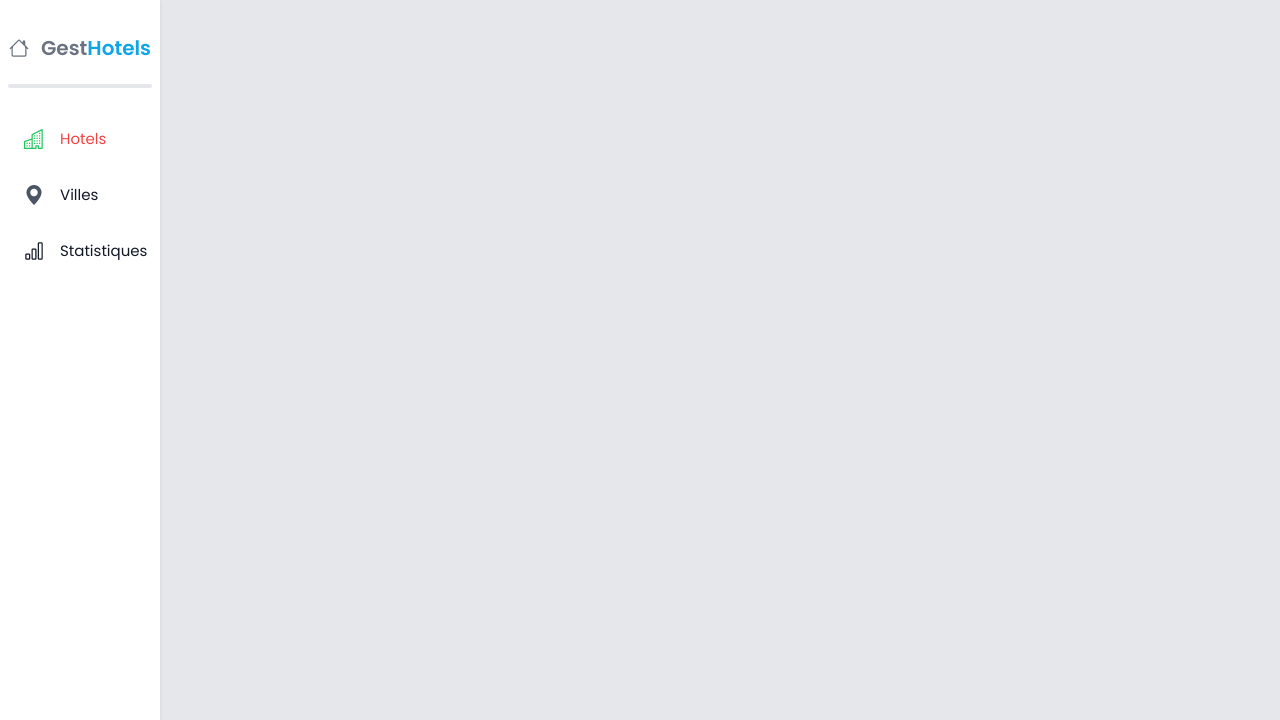
Repository: yahyamourid/GestHotelsEJB
Page: http://localhost/ISICEJBWeb/sidBar.jsp
The author's editor kept a copy of each file at every save. The page is drawn from the files as they stood at one save, then again after the next save.
The browser window is 1280 px wide. The pictures show the whole page.
Some web libraries are served in a nearby version. The page is served by Tomcat 10. Nobody is signed in. The application's start-up code is not run. Other server files are loaded and not shown.

Above is the page before, as saved 2023-12-01 15:57:18.
Console error: TypeError: Cannot read properties of null (reading 'classList')

### ISICEJBWeb/src/main/webapp/sidBar.jsp
<%@page import="java.util.regex.Matcher"%>
<%@page import="java.util.regex.Pattern"%>
<%@ page language="java" contentType="text/html; charset=ISO-8859-1" pageEncoding="ISO-8859-1"%>


<!DOCTYPE html>
<html lang="en">

    <head>
        <meta charset="UTF-8">
        <meta http-equiv="X-UA-Compatible" content="IE=edge">
        <meta name="viewport" content="width=device-width, initial-scale=1.0">
        <title>sidebar</title>
        <script src="https://cdn.tailwindcss.com"></script>
        <!-- <script src="./tailwind3.js"></script> -->
        <link href="https://fonts.googleapis.com/css2?family=Poppins:wght@200;300;400;500;600;800&display=swap"
              rel="stylesheet">
        <link rel="stylesheet" href="https://cdn.jsdelivr.net/npm/bootstrap-icons@1.7.2/font/bootstrap-icons.css">

    </head>

    <body class=" font-[Poppins] bg-gray-200 ">
        <%
    String url = request.getRequestURL().toString();
    Pattern pattern = Pattern.compile("[^/]+\\.jsp");
    Matcher matcher = pattern.matcher(url);

    String nomFichierJSP = "";
    if (matcher.find()) {
        nomFichierJSP = matcher.group();
    }


%>

        <div class="sidebar  fixed top-0 bottom-0 lg:left-0 left-[-300px] duration-1000
             px-2 pt-5 w-[160px] overflow-y-auto text-center  bg-white shadow h-screen">


            <div class=" text-xl">
                <div class="p-2.5 mt-1 flex justify-center items-center rounded-md ">
                    <i class="bi bi-house text-gray-500"></i>
                    <h1 class="ml-3 text-xl text-sky-500 font-semibold"><span class="text-gray-500">Gest</span>Hotels</h1>
                </div>
                <hr class="my-3 bg-gray-500 text-gray-500 w-full inline-block border-2 rounded">

                <div >

                    <div  class="p-2.5 mt-2 flex items-center  rounded-md px-4 <%if (nomFichierJSP.equals("hotel.jsp")){%>bg-sky-600 <%}%> duration-300  cursor-pointer  hover:bg-sky-600">
                        <i class="bi bi-building text-green-500"></i>
                        <span class="text-[15px] ml-4 text-red-500 "><a href="hotel.jsp">Hotels</a></span>
                    </div>

                    <div class="p-2.5 mt-2 flex items-center rounded-md px-4 <%if (nomFichierJSP.equals("ville.jsp")){%>bg-sky-600 <%}%>duration-300 cursor-pointer  hover:bg-sky-600">
                        <i class="bi bi-geo-alt-fill text-gray-600"></i>
                        <span class="text-[15px] ml-4 text-gray-900"><a href="ville.jsp">Villes</a></span>
                    </div>
                    <div class="p-2.5 mt-2 flex items-center rounded-md px-4 <%if (nomFichierJSP.equals("ville.jsp")){%>bg-sky-600 <%}%>duration-300 cursor-pointer  hover:bg-sky-600">
                        <i class="bi bi-bar-chart text-gray-900"></i>
                        <span class="text-[15px] ml-4 text-gray-900"><a href="ville.jsp">Statistiques</a></span>
                    </div>
                </div>
            </div>
        </div>

        <script>
            function dropDown() {
                document.querySelector('#submenu').classList.toggle('hidden')
                document.querySelector('#arrow').classList.toggle('rotate-0')
            }
            dropDown()

            function Openbar() {
                document.querySelector('.sidebar').classList.toggle('left-[-300px]')
            }
        </script>


    </body>

</html>

After the next save:
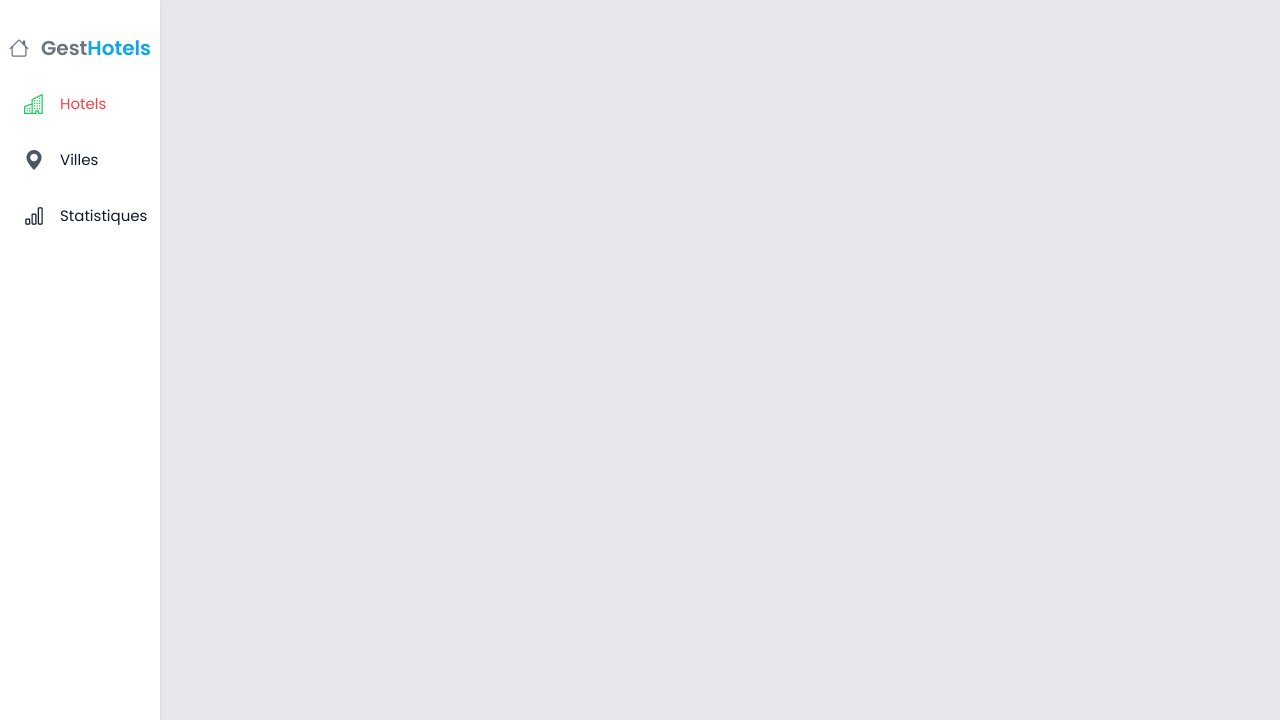
Saved 18 s later.
--- a/ISICEJBWeb/src/main/webapp/sidBar.jsp
+++ b/ISICEJBWeb/src/main/webapp/sidBar.jsp
@@ -42,7 +42,6 @@
                     <i class="bi bi-house text-gray-500"></i>
                     <h1 class="ml-3 text-xl text-sky-500 font-semibold"><span class="text-gray-500">Gest</span>Hotels</h1>
                 </div>
-                <hr class="my-3 bg-gray-500 text-gray-500 w-full inline-block border-2 rounded">
 
                 <div >
 
